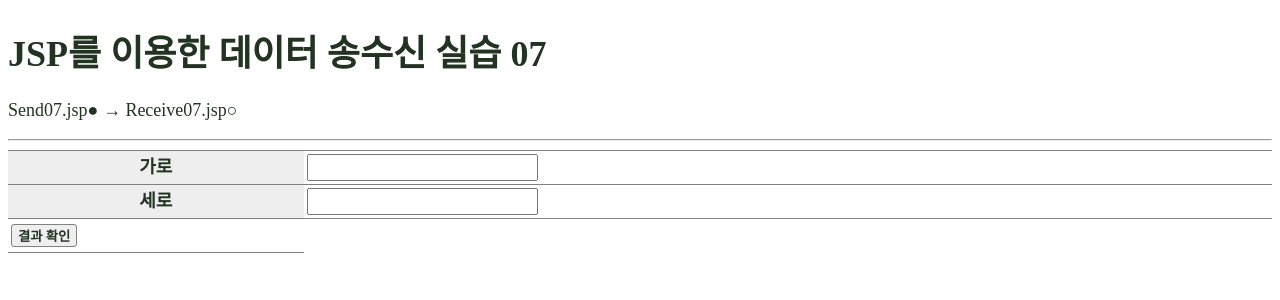
Repository: god5228god/Jsp
Page: http://localhost/WebApp06/Send07.jsp
These files come from the project's save history. The page is drawn as it stood at one moment and after the next save; the edit follows.
The browser window is 1280 px wide. The pictures show the whole page.
The page is served by Tomcat 9.

Above is the page before, as saved 2026-03-03 05:03:33.

After the next save:
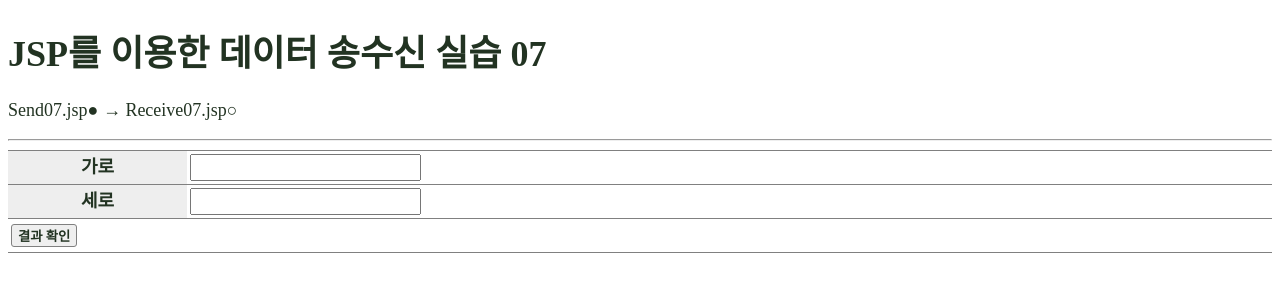
Saved 18 s later.
--- a/WebApp06/WebContent/Send07.jsp
+++ b/WebApp06/WebContent/Send07.jsp
@@ -24,7 +24,7 @@
 				<td><input type="text" name="su2" class="txt"/></td>
 			</tr>
 			<tr>
-				<td><button type="submit" class="btn control">결과 확인</button></td>
+				<td colspan="2"><button type="submit" class="btn control">결과 확인</button></td>
 			</tr>
 		</table>
 	</form>
